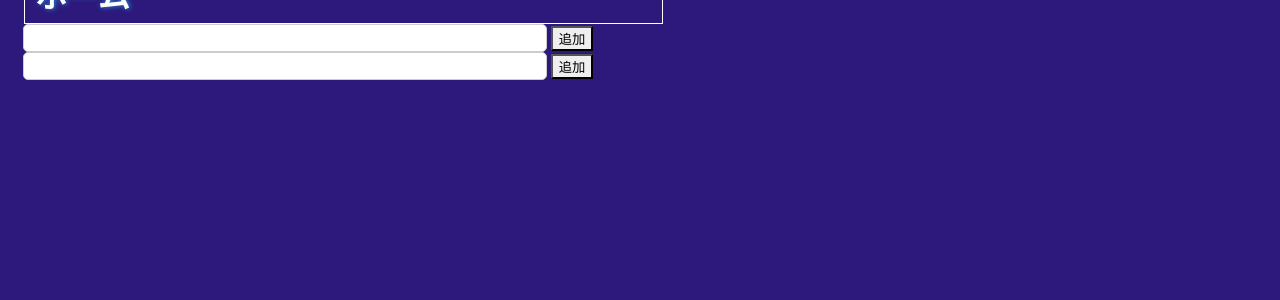
Repository: azuma2/tui2b
Page: http://localhost/
The author's editor kept a copy of each file at every save. The page is drawn from the files as they stood at one save, then again after a run of saves.
The browser window is 1280 px wide. The pictures show the whole page.
The page is served by the project's Laravel application, run on PHP 8.4 with Laravel 8. Queries for data that is not in the repository find no rows.

Above is the page before, as saved 2022-03-28 18:25:48.

After the next 2 saves:
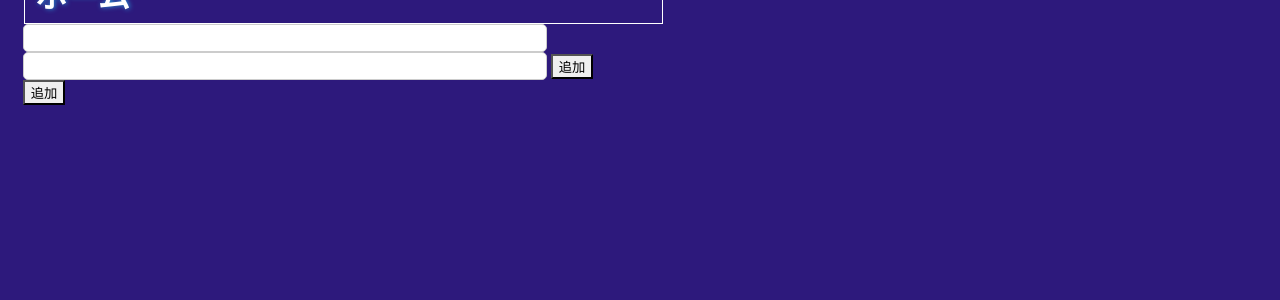
The 2 saves are shown as one change because they came seconds apart.
The last was saved 4 min 37 s later.
--- a/resources/views/index.blade.php
+++ b/resources/views/index.blade.php
@@ -133,14 +133,14 @@ font-size:28px;
         <form action="/tui2/create" method="post">
             @csrf
           <input type="text" class="input-add" name="name" />
-
+          <input type="text" class="input-add" name="content" />
           <input class="button" type="submit" value="追加" />
         </form>
 
         <form action="/tui2/create" method="post">
             @csrf
 
-          <input type="text" class="input-add" name="content" />
+
           <input class="button" type="submit" value="追加" />
         </form>
 
